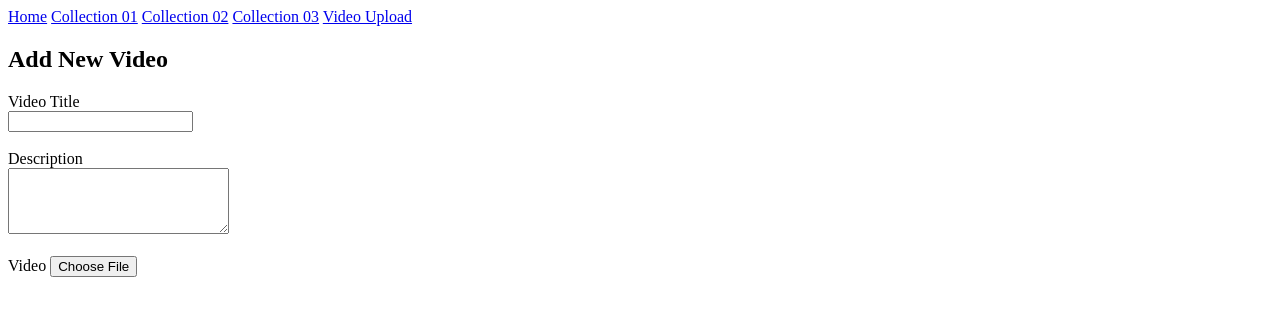
Repository: JoaoLemesDEV/Project-MyTube
Page: video_upload_page.html
The author's editor kept a copy of each file at every save. The page is drawn from the files as they stood at one save, then again after a run of saves.
The browser window is 1280 px wide. The pictures show the whole page.

Above is the page before, as saved 2021-10-10 21:24:56.

### video_upload_page.html
<!DOCTYPE html>
<html lang="en">
<head>
  <meta charset="UTF-8">
  <meta http-equiv="X-UA-Compatible" content="IE=edge">
  <meta name="viewport" content="width=device-width, initial-scale=1.0">
  <title>My Ytube Website</title>
</head>
<body>
  <nav>
    <a href="/">Home</a>
    <a href="/collection1.html">Collection 01</a>
    <a href="/collection2.html">Collection 02</a>
    <a href="/collection3.html">Collection 03</a>
    <a href="/video_upload_page.html">Video Upload</a>
  </nav>
<h2>Add New Video</h2>

<label for="title">Video Title</label><br>
<input type="text" name="" id=""><br><br>
<label for="description">Description</label><br>
<textarea name="description" id="descripition" cols="25" rows="4"></textarea><br><br>
<label for="video">Video</label>
<input type="button" value="Choose File">
</body>
<footer></footer>
</html>

After the next 2 saves:
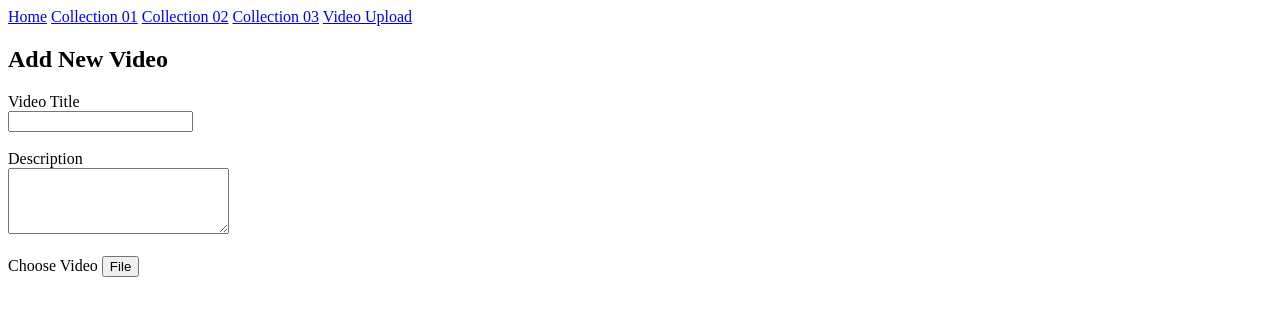
The 2 saves are shown as one change because they came seconds apart.
The last was saved 13 s later.
--- a/video_upload_page.html
+++ b/video_upload_page.html
@@ -20,8 +20,8 @@
 <input type="text" name="" id=""><br><br>
 <label for="description">Description</label><br>
 <textarea name="description" id="descripition" cols="25" rows="4"></textarea><br><br>
-<label for="video">Video</label>
-<input type="button" value="Choose File">
+<label for="video">Choose Video</label>
+<input type="button" value="File">
 </body>
 <footer></footer>
 </html>
